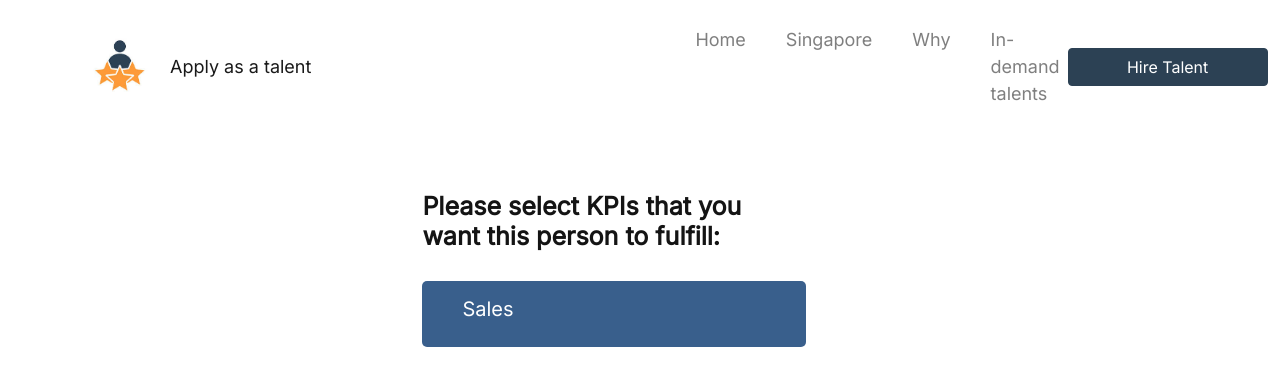
Repository: Ashwe9/talent-hire-reactJs
Page: /kpis
An editor plug-in stored every save of this project. The page is shown before and after the next save, followed by the edit.
The browser window is 1280 px wide. The pictures show the whole page.
The project was rebuilt for these pictures with package versions that can differ from the ones it lists, and the page was loaded fresh each time. A package was used in the major version that the imports need, not the one package.json lists. Also part of the build but not shown: src/homePage/components/TrustedBy/TrustedBy.css, src/homePage/components/TrustedBy/TrustedBy.js, src/homePage/components/Roles/Roles.css, src/homePage/components/Roles/Roles.js, src/homePage/components/homePageFooter/HomePageFooter.css, src/homePage/components/homePageFooter/HomePageFooter.js, src/homePage/HomePage.js, src/projectDetails/ProjectDetails.js.

Above is the page before, as saved 2022-08-18 14:03:42.

After the next save:
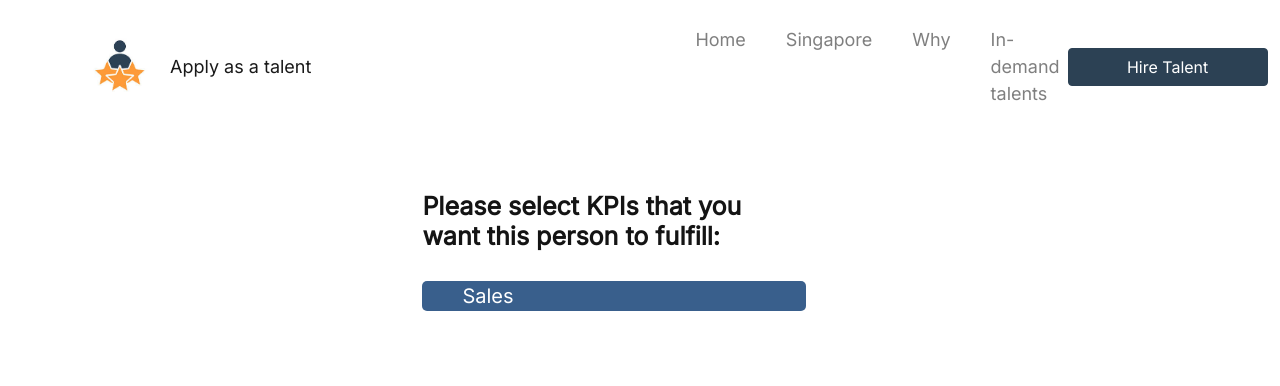
Saved 11 s later.
--- a/src/kpisPage/DropDown.css
+++ b/src/kpisPage/DropDown.css
@@ -1,8 +1,6 @@
 .dropdown-box{
     margin: 0px 33%;
     align-items: center;
-    padding-top: 1%;
-    padding-bottom: 0.5%;
     width: 30%;
     background-color: #395f8c;
     border-radius: 5px;
